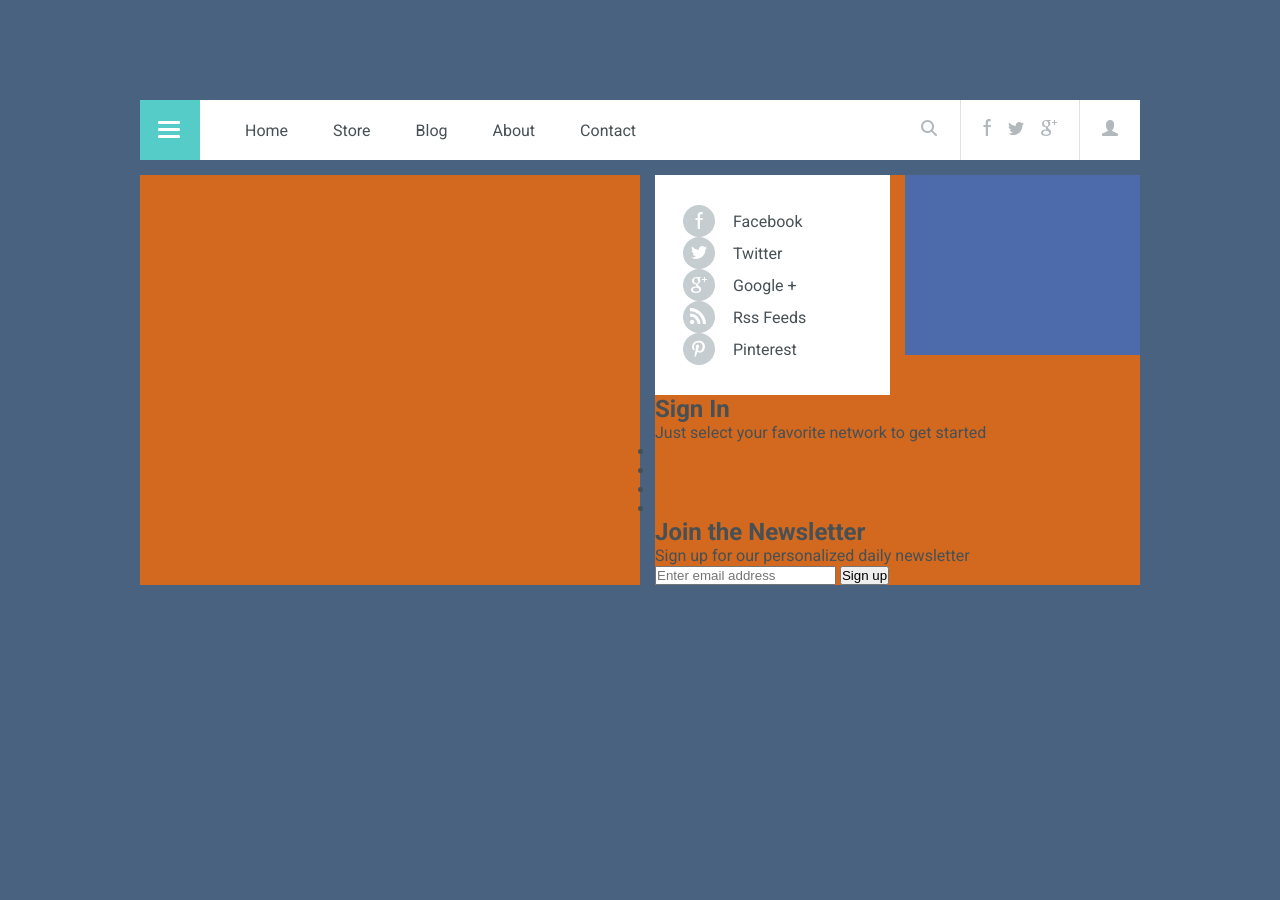
Repository: pawelczubak/WeeklyWebDevChallenge
Page: Challenge_4/index.html
The author's editor kept a copy of each file at every save. The page is drawn from the files as they stood at one save, then again after the next save.
The browser window is 1280 px wide. The pictures show the whole page.
Some web libraries are served in a nearby version.

Above is the page before, as saved 2020-04-27 20:50:01.

### Challenge_4/index.html
<!DOCTYPE html>
<html lang="en">

<head>
    <meta charset="UTF-8">
    <meta name="viewport" content="width=device-width, initial-scale=1.0">

    <title>Weekly WebDev Challenge - 4</title>

    <link href="https://fonts.googleapis.com/css2?family=Roboto:wght@300;400;700&display=swap" rel="stylesheet">
    <script src="https://kit.fontawesome.com/f64caa1a2c.js" crossorigin="anonymous"></script>

    <meta name="viewport" content="width = device-width, initial-scale=1, user-scalable=yes">
    <link rel="stylesheet" href="css/main.css">
</head>

<body>
    <div class="container">
        <!--  -----  NAVIGATION START  -----  -->
        <nav class="nav">
            <div class="nav-button">

                <svg xmlns="http://www.w3.org/2000/svg" xmlns:xlink="http://www.w3.org/1999/xlink" width="0.24in"
                    height="0.18in">
                    <path fill-rule="evenodd" fill="rgb(255, 255, 255)"
                        d="M20.653,17.008 L1.347,17.008 C0.603,17.008 -0.000,16.417 -0.000,15.690 L-0.000,15.372 C-0.000,14.644 0.603,14.055 1.347,14.055 L20.653,14.055 C21.397,14.055 22.000,14.644 22.000,15.372 L22.000,15.690 C22.000,16.417 21.397,17.008 20.653,17.008 ZM20.653,9.980 L1.347,9.980 C0.603,9.980 -0.000,9.390 -0.000,8.662 L-0.000,8.344 C-0.000,7.617 0.603,7.027 1.347,7.027 L20.653,7.027 C21.397,7.027 22.000,7.617 22.000,8.344 L22.000,8.662 C22.000,9.390 21.397,9.980 20.653,9.980 ZM20.653,2.952 L1.347,2.952 C0.603,2.952 -0.000,2.362 -0.000,1.635 L-0.000,1.317 C-0.000,0.589 0.603,-0.001 1.347,-0.001 L20.653,-0.001 C21.397,-0.001 22.000,0.589 22.000,1.317 L22.000,1.635 C22.000,2.362 21.397,2.952 20.653,2.952 Z" />
                </svg>

            </div>
            <ul class="nav-list">
                <li class="nav-list__item"><a href="#" class="nav-list__link">Home</a></li>
                <li class="nav-list__item"><a href="#" class="nav-list__link">Store</a></li>
                <li class="nav-list__item"><a href="#" class="nav-list__link">Blog</a></li>
                <li class="nav-list__item"><a href="#" class="nav-list__link">About</a></li>
                <li class="nav-list__item"><a href="#" class="nav-list__link">Contact</a></li>
            </ul>
            <div class="nav-icons">
                <div class="nav-icons__search">
                    <a href="#" class="nav-link__icon">
                        <svg xmlns="http://www.w3.org/2000/svg" xmlns:xlink="http://www.w3.org/1999/xlink"
                            width="0.18in" height="0.17in">
                            <path class="nav-icons__svg" fill-rule="evenodd" fill="rgb(178, 185, 189)"
                                d="M15.728,14.309 L11.786,10.388 C12.600,9.303 13.088,7.963 13.088,6.504 C13.088,2.908 10.157,-0.006 6.541,-0.006 C2.926,-0.006 -0.005,2.908 -0.005,6.504 C-0.005,10.100 2.926,13.014 6.541,13.014 C7.963,13.014 9.275,12.558 10.349,11.793 L14.304,15.726 C14.697,16.117 15.335,16.117 15.728,15.726 C16.121,15.335 16.121,14.700 15.728,14.309 ZM6.541,11.011 C4.038,11.011 2.009,8.994 2.009,6.504 C2.009,4.015 4.038,1.996 6.541,1.996 C9.044,1.996 11.073,4.015 11.073,6.504 C11.073,8.994 9.044,11.011 6.541,11.011 Z" />
                        </svg>
                    </a>
                </div>
                <ul class="nav-icons__social-list">
                    <li class="nav-icons__social-icons">
                        <a href="#" class="nav-link__icon">
                            <svg xmlns="http://www.w3.org/2000/svg" xmlns:xlink="http://www.w3.org/1999/xlink"
                                width="0.09in" height="0.18in">
                                <path class="nav-icons__svg" fill-rule="evenodd" fill="rgb(178, 185, 189)"
                                    d="M7.672,0.063 L6.069,0.063 C6.069,0.063 2.724,-0.188 2.724,3.338 C2.724,4.092 2.724,6.011 2.724,6.011 L0.453,6.011 L0.459,7.910 L2.723,7.910 L2.725,17.002 L5.000,17.002 L5.000,7.910 L7.507,7.910 L8.042,6.011 L5.013,6.011 L5.013,3.266 C5.013,3.266 4.988,2.341 6.072,2.341 L7.662,2.341 L7.672,0.063 Z" />
                            </svg>
                        </a>
                    </li>
                    <li class="nav-icons__social-icons">
                        <a href="#" class="nav-link__icon">
                            <svg xmlns="http://www.w3.org/2000/svg" xmlns:xlink="http://www.w3.org/1999/xlink"
                                width="0.17in" height="0.14in">
                                <path class="nav-icons__svg" fill-rule="evenodd" fill="rgb(178, 185, 189)"
                                    d="M16.027,1.547 C15.437,1.809 14.803,1.985 14.138,2.065 C14.817,1.659 15.338,1.015 15.584,0.250 C14.949,0.625 14.245,0.898 13.497,1.046 C12.897,0.408 12.043,0.009 11.097,0.009 C9.282,0.009 7.810,1.478 7.810,3.291 C7.810,3.547 7.839,3.799 7.895,4.039 C5.163,3.901 2.741,2.595 1.119,0.611 C0.837,1.095 0.674,1.658 0.674,2.259 C0.674,3.398 1.255,4.402 2.137,4.990 C1.598,4.974 1.091,4.825 0.648,4.579 C0.647,4.593 0.647,4.606 0.647,4.621 C0.647,6.211 1.781,7.537 3.285,7.838 C3.009,7.913 2.718,7.953 2.418,7.953 C2.207,7.953 2.000,7.933 1.800,7.894 C2.218,9.198 3.432,10.147 4.871,10.172 C3.746,11.053 2.328,11.578 0.788,11.578 C0.523,11.578 0.261,11.562 0.004,11.531 C1.459,12.462 3.187,13.006 5.043,13.006 C11.089,13.006 14.395,8.006 14.395,3.671 C14.395,3.529 14.393,3.387 14.387,3.246 C15.029,2.783 15.586,2.206 16.027,1.547 Z" />
                            </svg>
                        </a>
                    </li>
                    <li class="nav-icons__social-icons">
                        <a href="#" class="nav-link__icon">
                            <svg xmlns="http://www.w3.org/2000/svg" xmlns:xlink="http://www.w3.org/1999/xlink"
                                width="0.18in" height="0.18in">
                                <path class="nav-icons__svg" fill-rule="evenodd" fill="rgb(178, 185, 189)"
                                    d="M15.006,4.015 L15.006,5.999 L13.966,5.999 L13.966,4.015 L11.997,4.015 L11.997,3.013 L13.966,3.013 L13.966,0.971 L15.006,0.971 L15.006,3.013 L17.010,3.013 L17.010,4.015 L15.006,4.015 ZM8.900,2.055 C9.780,2.557 10.247,3.589 10.247,4.730 C10.247,5.777 9.666,6.620 8.845,7.259 C8.043,7.884 7.891,8.145 7.891,8.676 C7.891,9.129 8.849,9.803 9.290,10.132 C10.823,11.279 11.112,12.000 11.134,13.433 C11.162,15.338 9.199,17.001 6.054,17.001 C3.294,17.001 0.982,15.749 0.982,13.959 C0.982,11.258 2.897,10.385 5.657,10.385 C5.958,10.385 6.233,10.377 6.518,10.377 C6.141,10.013 5.836,9.697 5.836,9.144 C5.836,8.815 5.940,8.501 6.087,8.221 C5.938,8.231 5.785,8.241 5.627,8.241 C3.360,8.241 2.041,6.653 2.041,4.664 C2.041,2.715 4.050,0.969 6.459,0.969 C7.701,0.969 11.208,0.969 11.208,0.969 L10.147,2.055 L8.900,2.055 ZM6.121,11.642 C4.364,11.642 2.912,12.300 2.912,13.538 C2.912,14.799 4.207,15.828 5.999,15.828 C8.520,15.828 9.398,14.865 9.398,13.601 C9.398,13.449 9.394,13.295 9.341,13.156 C8.733,11.642 6.774,11.642 6.121,11.642 ZM8.249,4.923 C8.040,3.342 7.249,2.152 6.035,2.115 C4.820,2.079 3.755,3.182 3.966,4.764 C4.175,6.348 5.330,7.409 6.545,7.446 C7.760,7.481 8.458,6.507 8.249,4.923 Z" />
                            </svg>
                        </a>
                    </li>
                </ul>
                <div class="nav-icons__acount">
                    <a href="#" class="nav-link__icon">
                        <svg xmlns="http://www.w3.org/2000/svg" xmlns:xlink="http://www.w3.org/1999/xlink"
                            width="0.182in" height="0.18in">
                            <path class="nav-icons__svg" fill-rule="evenodd" fill="rgb(178, 185, 189)"
                                d="M15.993,17.030 L1.963,17.030 C1.394,17.030 0.932,16.569 0.932,15.999 L0.932,15.405 C0.932,14.535 1.963,14.374 1.963,14.374 L7.322,11.719 C5.880,10.561 5.056,8.283 5.056,7.156 L5.056,4.578 C5.056,2.871 6.903,0.969 9.181,0.969 C11.459,0.969 13.024,2.871 13.024,4.578 L13.024,7.156 C13.024,8.394 12.208,10.604 10.779,11.729 L15.993,14.374 C15.993,14.374 17.024,14.551 17.024,15.405 L17.024,15.999 C17.024,16.569 16.562,17.030 15.993,17.030 Z" />
                        </svg>
                    </a>
                </div>
            </div>
        </nav>

        <!--  -----  NAVIGATION END  -----  -->

        <!--  -----  MAIN START  -----  -->
        <main class="main">
            <!--  -----  MENU SECTION START  -----  -->
            <section class="menu-section"></section>
            <!--  -----  MENU SECTION END  -----  -->

            <!--  -----  SOCIAL SECTION START  -----  -->
            <section class="social-section">
                <article class="social-section__socials-container">
                    <ul class="socials-container__socials-list">
                        <li class="socials-container__socials-items">
                            <a href="#" class="socials-container__socials-link">
                                <div class="social-link__icon">
                                    <svg xmlns="http://www.w3.org/2000/svg" xmlns:xlink="http://www.w3.org/1999/xlink"
                                        width="0.09in" height="0.18in">
                                        <path class="nav-icons__svg" fill-rule="evenodd" fill="rgb(255, 255, 255)"
                                            d="M7.672,0.063 L6.069,0.063 C6.069,0.063 2.724,-0.188 2.724,3.338 C2.724,4.092 2.724,6.011 2.724,6.011 L0.453,6.011 L0.459,7.910 L2.723,7.910 L2.725,17.002 L5.000,17.002 L5.000,7.910 L7.507,7.910 L8.042,6.011 L5.013,6.011 L5.013,3.266 C5.013,3.266 4.988,2.341 6.072,2.341 L7.662,2.341 L7.672,0.063 Z" />
                                    </svg>
                                </div>
                                <p>Facebook</p>
                            </a>
                        </li>
                        <li class="socials-container__socials-items">
                            <a href="#" class="socials-container__socials-link">
                                <div class="social-link__icon">
                                    <svg xmlns="http://www.w3.org/2000/svg" xmlns:xlink="http://www.w3.org/1999/xlink"
                                        width="0.17in" height="0.14in">
                                        <path class="nav-icons__svg" fill-rule="evenodd" fill="rgb(255, 255, 255)"
                                            d="M16.027,1.547 C15.437,1.809 14.803,1.985 14.138,2.065 C14.817,1.659 15.338,1.015 15.584,0.250 C14.949,0.625 14.245,0.898 13.497,1.046 C12.897,0.408 12.043,0.009 11.097,0.009 C9.282,0.009 7.810,1.478 7.810,3.291 C7.810,3.547 7.839,3.799 7.895,4.039 C5.163,3.901 2.741,2.595 1.119,0.611 C0.837,1.095 0.674,1.658 0.674,2.259 C0.674,3.398 1.255,4.402 2.137,4.990 C1.598,4.974 1.091,4.825 0.648,4.579 C0.647,4.593 0.647,4.606 0.647,4.621 C0.647,6.211 1.781,7.537 3.285,7.838 C3.009,7.913 2.718,7.953 2.418,7.953 C2.207,7.953 2.000,7.933 1.800,7.894 C2.218,9.198 3.432,10.147 4.871,10.172 C3.746,11.053 2.328,11.578 0.788,11.578 C0.523,11.578 0.261,11.562 0.004,11.531 C1.459,12.462 3.187,13.006 5.043,13.006 C11.089,13.006 14.395,8.006 14.395,3.671 C14.395,3.529 14.393,3.387 14.387,3.246 C15.029,2.783 15.586,2.206 16.027,1.547 Z" />
                                    </svg>
                                </div>
                                <p>Twitter</p>
                            </a>
                        </li>
                        <li class="socials-container__socials-items">
                            <a href="#" class="socials-container__socials-link">
                                <div class="social-link__icon">
                                    <svg xmlns="http://www.w3.org/2000/svg" xmlns:xlink="http://www.w3.org/1999/xlink"
                                        width="0.18in" height="0.18in">
                                        <path class="nav-icons__svg" fill-rule="evenodd" fill="rgb(255, 255, 255)"
                                            d="M15.006,4.015 L15.006,5.999 L13.966,5.999 L13.966,4.015 L11.997,4.015 L11.997,3.013 L13.966,3.013 L13.966,0.971 L15.006,0.971 L15.006,3.013 L17.010,3.013 L17.010,4.015 L15.006,4.015 ZM8.900,2.055 C9.780,2.557 10.247,3.589 10.247,4.730 C10.247,5.777 9.666,6.620 8.845,7.259 C8.043,7.884 7.891,8.145 7.891,8.676 C7.891,9.129 8.849,9.803 9.290,10.132 C10.823,11.279 11.112,12.000 11.134,13.433 C11.162,15.338 9.199,17.001 6.054,17.001 C3.294,17.001 0.982,15.749 0.982,13.959 C0.982,11.258 2.897,10.385 5.657,10.385 C5.958,10.385 6.233,10.377 6.518,10.377 C6.141,10.013 5.836,9.697 5.836,9.144 C5.836,8.815 5.940,8.501 6.087,8.221 C5.938,8.231 5.785,8.241 5.627,8.241 C3.360,8.241 2.041,6.653 2.041,4.664 C2.041,2.715 4.050,0.969 6.459,0.969 C7.701,0.969 11.208,0.969 11.208,0.969 L10.147,2.055 L8.900,2.055 ZM6.121,11.642 C4.364,11.642 2.912,12.300 2.912,13.538 C2.912,14.799 4.207,15.828 5.999,15.828 C8.520,15.828 9.398,14.865 9.398,13.601 C9.398,13.449 9.394,13.295 9.341,13.156 C8.733,11.642 6.774,11.642 6.121,11.642 ZM8.249,4.923 C8.040,3.342 7.249,2.152 6.035,2.115 C4.820,2.079 3.755,3.182 3.966,4.764 C4.175,6.348 5.330,7.409 6.545,7.446 C7.760,7.481 8.458,6.507 8.249,4.923 Z" />
                                    </svg>
                                </div>
                                <p>Google +</p>
                            </a>
                        </li>
                        <li class="socials-container__socials-items">
                            <a href="#" class="socials-container__socials-link">
                                <div class="social-link__icon"><svg xmlns="http://www.w3.org/2000/svg"
                                        xmlns:xlink="http://www.w3.org/1999/xlink" width="0.18in" height="0.18in">
                                        <path fill-rule="evenodd" fill="rgb(255, 255, 255)"
                                            d="M12.940,16.102 C12.940,8.949 7.135,3.128 -0.000,3.128 L-0.000,0.051 C8.836,0.051 16.025,7.252 16.025,16.102 L12.940,16.102 ZM10.576,16.098 L7.491,16.098 C7.491,14.088 6.710,12.199 5.293,10.781 C3.879,9.362 1.997,8.582 -0.005,8.582 L-0.005,5.506 C5.829,5.506 10.576,10.258 10.576,16.098 ZM2.129,11.823 C3.310,11.823 4.267,12.775 4.267,13.953 C4.267,15.131 3.310,16.084 2.129,16.084 C0.949,16.084 -0.007,15.131 -0.007,13.953 C-0.007,12.775 0.949,11.823 2.129,11.823 Z" />
                                    </svg></div>
                                <p>Rss Feeds</p>
                            </a>
                        </li>
                        <li class="socials-container__socials-items">
                            <a href="#" class="socials-container__socials-link">
                                <div class="social-link__icon"><svg xmlns="http://www.w3.org/2000/svg"
                                        xmlns:xlink="http://www.w3.org/1999/xlink" width="0.14in" height="0.18in">
                                        <path fill-rule="evenodd" fill="rgb(255, 255, 255)"
                                            d="M7.792,12.696 C6.752,12.696 5.774,12.146 5.440,11.519 C5.440,11.519 4.880,13.696 4.763,14.116 C4.345,15.602 3.119,17.088 3.025,17.208 C2.958,17.293 2.811,17.267 2.796,17.154 C2.769,16.966 2.456,15.092 2.824,13.563 C3.009,12.796 4.063,8.414 4.063,8.414 C4.063,8.414 3.755,7.812 3.755,6.920 C3.755,5.518 4.583,4.474 5.613,4.474 C6.489,4.474 6.910,5.119 6.910,5.892 C6.910,6.755 6.350,8.049 6.061,9.246 C5.819,10.248 6.572,11.065 7.580,11.065 C9.404,11.065 10.633,8.766 10.633,6.041 C10.633,3.970 9.212,2.420 6.627,2.420 C3.707,2.420 1.887,4.558 1.887,6.946 C1.887,7.770 2.135,8.350 2.522,8.798 C2.701,9.005 2.725,9.089 2.661,9.326 C2.614,9.499 2.509,9.918 2.464,10.083 C2.401,10.324 2.202,10.409 1.982,10.320 C0.637,9.782 0.011,8.336 0.011,6.709 C0.011,4.026 2.317,0.807 6.892,0.807 C10.567,0.807 12.986,3.418 12.986,6.221 C12.986,9.926 10.886,12.696 7.792,12.696 Z" />
                                    </svg></div>
                                <p>Pinterest</p>
                            </a>
                        </li>
                    </ul>
                    <div class="socials-container__follow-items">
                        <div class="socials-container__facebook-widget"></div>
                        <div class="socials-container__twitter-widget"></div>
                    </div>
                </article>
                <article class="social-section__sign-in">
                    <h2 class="socials-container__header">Sign In</h2>
                    <p class="sign-in__paragraph">Just select your favorite network to get started</p>
                    <ul class="sign-in__list">
                        <li class="sign-in__item"><a href="#" class="sign-in__link"></a></li>
                        <li class="sign-in__item"><a href="#" class="sign-in__link"></a></li>
                        <li class="sign-in__item"><a href="#" class="sign-in__link"></a></li>
                        <li class="sign-in__item"><a href="#" class="sign-in__link"></a></li>
                    </ul>
                </article>
                <article class="social-section__newsletter">
                    <h2 class="socials-container__header">Join the Newsletter</h2>
                    <p class="newsletter__paragraph">Sign up for our personalized daily newsletter</p>
                    <form action="GET" class="newsletter__form">
                        <input placeholder="Enter email address" type="email" name="email" required
                            class="newsletter__input" autocomplete="off" />
                        <button class="newsletter__button" formenctype="multipart/form-data" type="submit">Sign
                            up</button>
                    </form>
                </article>
            </section>
            <!--  -----  SOCIAL SECTION END  -----  -->
        </main>
        <!--  -----  MAIN END  -----  -->


    </div>

    <script src="js/main.js" type="text/javascript"></script>
</body>

</html>

### Challenge_4/css/main.css
*,
*::after,
*::before {
    box-sizing: border-box;
    margin: 0;
    padding: 0;
}

/*------------------  GLOBAL START  ------------------*/
body {
    margin: 0;
    padding: 0;
    font: 16px 'Roboto', sans-serif;
    color: #475055;
    background-color: #49627f;
}

.container {
    max-width: 1000px;
    min-height: 700px;
    margin: 100px auto;
    overflow: hidden;
}

/*------------------  GLOBAL END  ------------------*/
/*------------------  NAV START  ------------------*/
.nav {
    position: relative;
    display: flex;
    justify-content: left;
    width: 100%;
    height: 60px;
    background-color: #ffffff;
    margin-bottom: 15px;
}

.nav-button {
    display: flex;
    align-items: center;
    justify-content: center;
    background-color: #56ccc8;
    width: 60px;
    cursor: pointer;
    pointer-events: none;
}

.nav-button:hover {
    background-color: #56ddd8;
}

.nav-list {
    display: flex;
    list-style: none;

}

.nav-list__item {
    padding-left: 45px;
    display: flex;
    align-items: center
}

.nav-list__link {
    text-decoration: none;
    color: #475055;
}

.nav-list__link:hover {
    color: #56ccc8;
}

.nav-icons {
    display: flex;
    align-items: center;
    margin-left: auto;
}

.nav-icons__search {
    width: 60px;
    display: flex;
    justify-content: center;
}

.nav-link__icon {}

.nav-icons__social-list {
    position: relative;
    display: flex;
    height: 100%;
    justify-content: space-around;
    align-items: center;
    width: 120px;
    padding: 0 15px;
}

.nav-icons__social-list::before,
.nav-icons__social-list::after {
    position: absolute;
    content: '';
    top: 0;
    height: 100%;
    width: 1px;
    background-color: #dde2e4;
}

.nav-icons__social-list::after {
    left: 0;
}

.nav-icons__social-list::before {
    right: 0;
}

.nav-icons__social-icons {
    list-style: none;
}

.nav-icons__acount {
    width: 60px;
    display: flex;
    justify-content: center;
}

.nav-link__icon:hover .nav-icons__svg {
    fill: #152840;
}

/*------------------  NAV END  ------------------*/
/*------------------  MAIN START  ------------------*/
.main {
    display: flex;
    width: 100%;
}

/*------------------  MENU SECTION START  ------------------*/
.menu-section {
    width: 50%;
    /*    !!!!!!!!!!  ONLY FOR TEST !!!!!! */
    min-heignt: 500px;
    background-color: chocolate;
}

/*------------------  MENU SECTION END  ------------------*/
/*------------------  SOCIAL SECTION START  ------------------*/
.social-section {
    width: calc(50% - 15px);
    margin-left: 15px;

    background-color: chocolate;

}

.social-section__socials-container {
    display: flex;
    justify-content: space-between;
    width: 100%;
}

.socials-container__socials-list {
    display: flex;
    flex-direction: column;
    justify-content: space-between;
    list-style: none;
    width: calc(50% - 7.5px);
    background-color: #ffffff;
    padding: 30px 0 30px 28px;

}

.socials-container__socials-items {}

.social-link__icon {
    display: flex;
    justify-content: center;
    align-items: center;
    height: 32px;
    width: 32px;
    background-color: #c5cdd1;
    border-radius: 50%;
    margin: 0 18px 0 0;
}

.socials-container__socials-link {
    display: flex;
    align-items: center;
    text-decoration: none;
    color: #475055;

}

.socials-container__socials-link:hover {
    color: #4fc6f8;
}

.socials-container__socials-link:hover .social-link__icon {
    background-color: #4fc6f8;
}

.socials-container__follow-items {
    width: calc(50% - 7.5px);
}

.socials-container__facebook-widget {
    height: 180px;
    background-color: #4d6baa;
    margin-bottom: 15px;
}

/*------------------  SOCIAL SECTION END  ------------------*/

/*------------------  MAIN END  ------------------*/

/*------------------  MEDIAQUERY START  ------------------*/

@media screen and (max-width: 1024px) {
    .container {
        max-width: 95%;
    }
}

@media screen and (max-width: 800px) {
    .container {
        margin: 15px auto;
    }

    /*------------------  NAV START  ------------------*/
    .nav-button {
        pointer-events: all;
    }

    .nav-list {
        position: absolute;
        flex-direction: column;
        background-color: #ffffff;
        width: 50%;
        top: 60px;
        left: 0;
        height: 500px;
        justify-content: space-around;
        align-items: center;
        transform: translateX(-101%);
        transition: all 0.2s ease-in;
    }

    .nav-list__item {
        opacity: 0;
        padding: 0;
    }

    /*------------------  NAV END  ------------------*/
}

.nav-list--active {
    transform: translateX(0%);
}

/*------------------  MEDIAQUERY END  ------------------*/

/*------------------  ANIMATIONS  ------------------*/
@keyframes navLinkFade {
    from {
        opacity: 0;
        transform: translateX(-50px);
    }

    to {
        opacity: 1;
        transform: translateX(0px);
    }
}

### Challenge_4/js/main.js
const navSlide = () => {
    const burger = document.querySelector('.nav-button');
    const nav = document.querySelector('.nav-list');
    const navLinks = document.querySelectorAll('.nav-list__item');



    burger.addEventListener('click', () => {
        //Toggle nav
        nav.classList.toggle('nav-list--active');

        //Animate links
        navLinks.forEach((link, index) => {
            if (link.style.animation) {
                link.style.animation = ''
            } else {
                link.style.animation = `navLinkFade 0.5s ease forwards ${index / 7 + 0.2}s`;
            }

        });
    });


}

navSlide();

After the next save:
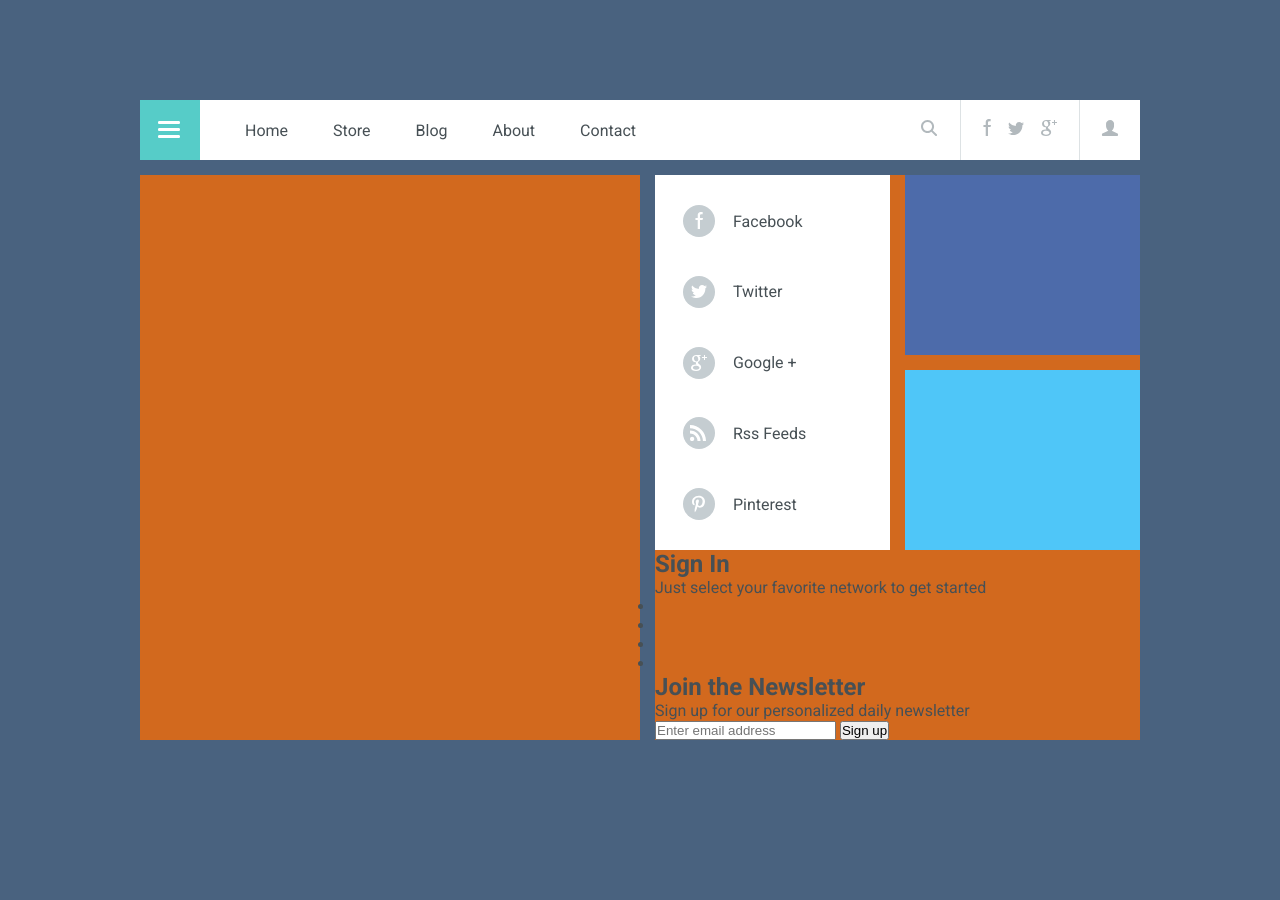
Saved 49 s later.
--- a/Challenge_4/css/main.css
+++ b/Challenge_4/css/main.css
@@ -204,6 +204,11 @@ body {
     height: 180px;
     background-color: #4d6baa;
     margin-bottom: 15px;
+}
+
+.socials-container__twitter-widget {
+    height: 180px;
+    background-color: #4fc6f8;
 }
 
 /*------------------  SOCIAL SECTION END  ------------------*/
